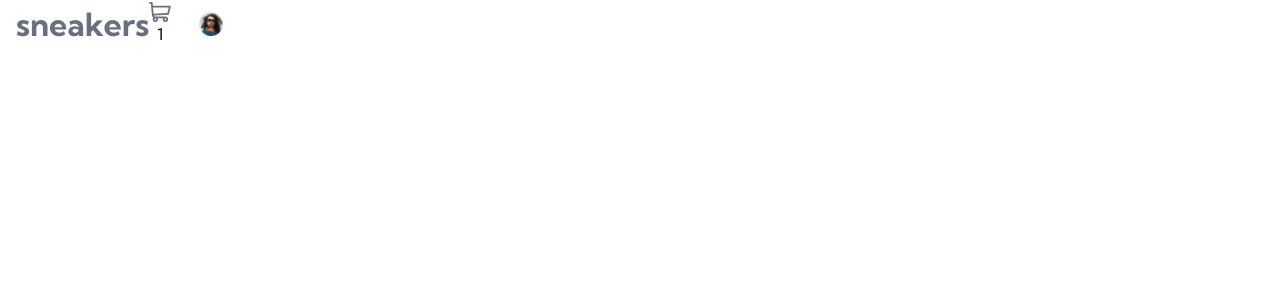
Repository: NikitaVologdin/React-Commerce-Product-Page
Page: /
An editor plug-in stored every save of this project. The page is shown before and after the next save, followed by the edit.
The browser window is 1280 px wide. The pictures show the whole page.
The project was rebuilt for these pictures with package versions that can differ from the ones it lists, and the page was loaded fresh each time. Also part of the build but not shown: vite.config.ts.

Above is the page before, as saved 2024-11-08 18:05:52.

### index.html
<!DOCTYPE html>
<html lang="en">
  <head>
    <meta charset="UTF-8" />
    <link rel="icon" type="image/svg+xml" href="/vite.svg" />
    <meta name="viewport" content="width=device-width, initial-scale=1.0" />
    <title>Vite + React + TS</title>
  </head>
  <body>
    <div id="root" class="app"></div>
    <script type="module" src="/src/main.tsx"></script>
  </body>
</html>

### src/index.css
@import url("https://fonts.googleapis.com/css2?family=Kumbh+Sans:wght,YOPQ@100..900,40..300&display=swap");
@import "/src/styles/reset.css";
:root {
  font-family: "Kumbh Sans", sans-serif;
  line-height: 1.5;
  font-weight: 400;

  color-scheme: light;
  color: var(--dark-grayish-blue);
  background-color: var(--white);

  font-synthesis: none;
  text-rendering: optimizeLegibility;
  -webkit-font-smoothing: antialiased;
  -moz-osx-font-smoothing: grayscale;

  --orange: hsl(26, 100%, 55%);
  --pale-orange: hsl(25, 100%, 94%);
  --very-dark-blue: hsl(220, 13%, 13%);
  --dark-grayish-blue: hsl(219, 9%, 45%);
  --grayish-blue: hsl(220, 14%, 75%);
  --light-grayish-blue: hsl(223, 64%, 98%);
  --white: hsl(0, 0%, 100%);
  --black: hsla(0, 0%, 0%, 0.75);
}

.header {
  display: flex;
  align-items: center;
  &__title {
    color: var(--dark-grayish-blue);
    font-size: 36px;
    font-weight: 800;
    flex-grow: 1;
  }
}

.hamburger {
  width: 16px;
  height: 15px;
  display: flex;
  flex-direction: column;
  justify-content: space-between;
  border: none;
  padding: 0;
  background: none;
  cursor: pointer;
  &__line {
    width: 100%;
    height: 3px;
    background-color: var(--dark-grayish-blue);
  }
}

.nav {
  display: none;
  &__list {
    display: flex;
    padding-left: 0;
  }
}

.cart-icon {
  border: none;
  background: none;
  padding: 0;
  position: relative;
  cursor: pointer;
  margin-right: 22px;
  &__amount {
    position: absolute;
  }
}

.avatar {
  border: none;
  background: none;
  cursor: pointer;
}

### src/App.tsx
import Header from "./sections/Header";
import Logo from "./components/Logo";
import { IStockItem } from "./types/stock";

function App() {
  const stock: IStockItem[] = [
    {
      title: "Fall Limited Edition Sneakers",
      price: 250,
      discount: 50,
      id: "aa001",
      img: [
        "image-product-1.jpg",
        "image-product-2.jpg",
        "image-product-3.jpg",
        "image-product-4.jpg",
      ],
      thumbnails: [
        "image-product-1-thumbnail.jpg",
        "image-product-2-thumbnail.jpg",
        "image-product-3-thumbnail.jpg",
        "image-product-4-thumbnail.jpg",
      ],
    },
  ];
  return (
    <>
      <Header>
        <Logo />
      </Header>
    </>
  );
}

export default App;

### src/styles/reset.css
/*
  Josh's Custom CSS Reset
  https://www.joshwcomeau.com/css/custom-css-reset/
*/

*,
*::before,
*::after {
  box-sizing: border-box;
}

* {
  margin: 0;
}

body {
  line-height: 1.5;
  -webkit-font-smoothing: antialiased;
}

img,
picture,
video,
canvas,
svg {
  display: block;
  max-width: 100%;
}

input,
button,
textarea,
select {
  font: inherit;
}

p,
h1,
h2,
h3,
h4,
h5,
h6 {
  overflow-wrap: break-word;
}

p {
  text-wrap: pretty;
}
h1,
h2,
h3,
h4,
h5,
h6 {
  text-wrap: balance;
}

#root,
#__next {
  isolation: isolate;
}

### src/sections/Header.tsx
"use client";
import { useState, useContext } from "react";
import { type IHeaderProps } from "../types/header";
import CartIcon from "../components/cart/CartIcon";
import Hamburger from "../components/Hamburger";
import Nav from "../components/Nav";
import { cartContext } from "../store/CartContext";
import Cart from "../components/cart/Cart";

interface IAvatarProps {
  user: {
    avatar: string;
  };
}

function Avatar({ user }: IAvatarProps) {
  return (
    <button aria-label="Open profile" className="header__avatar avatar">
      <img
        src={user.avatar}
        width={24}
        height={24}
        alt=""
        className="avatar__img"
      />
    </button>
  );
}

export default function Header({ children }: IHeaderProps) {
  const [isMenuOpen, setIsMenuOpen] = useState<boolean>(false);
  const [isCartOpen, setIsCartOpen] = useState<boolean>(false);
  const ctx = useContext(cartContext);

  const user = { avatar: "/images/image-avatar.png" };

  return (
    <header className="app__header header">
      <Hamburger isMenuOpen={isMenuOpen} setIsMenuOpen={setIsMenuOpen} />
      {children}
      <Nav isMenuOpen={isMenuOpen} />
      <CartIcon
        isCartOpen={isCartOpen}
        setIsCartOpen={setIsCartOpen}
        amount={ctx.items.length}
      />
      <Cart isCartOpen={isCartOpen} items={ctx.items} />
      <Avatar user={user} />
    </header>
  );
}

### src/components/Logo.tsx
export default function Logo() {
  return <h1 className="header__title">sneakers</h1>;
}

### src/components/cart/CartIcon.tsx
import { type ICartIconProps } from "../../types/cart";

export default function CartIcon({
  isCartOpen,
  setIsCartOpen,
  amount,
}: ICartIconProps) {
  function toggleCartHandler() {
    setIsCartOpen(true);
  }
  return (
    <button
      aria-label={isCartOpen ? "Close cart" : "Open cart"}
      onClick={toggleCartHandler}
      className="header__cart-icon cart-icon"
    >
      <img
        className="cart-icon__img"
        width={22}
        height={20}
        src="/images/icon-cart.svg"
        alt=""
      />
      <span className="cart-icon__amount">{amount}</span>
    </button>
  );
}

### src/components/Hamburger.tsx
import { type IHamburgerProps } from "../types/hamburger";

export default function Hamburger({
  isMenuOpen,
  setIsMenuOpen,
}: IHamburgerProps) {
  function clickHandler() {
    setIsMenuOpen(!isMenuOpen);
  }
  return (
    <button
      className={`header__hamburger hamburger ${
        isMenuOpen ? "hamburger_close" : ""
      }`}
      onClick={clickHandler}
      aria-label={isMenuOpen ? "Close menu" : "Open menu"}
    >
      <span className="hamburger__line"></span>
      <span className="hamburger__line"></span>
      <span className="hamburger__line"></span>
    </button>
  );
}

### src/components/Nav.tsx
import { type INavProps } from "../types/nav";

export default function Nav({ isMenuOpen }: INavProps) {
  return (
    <nav className={`header__nav nav ${isMenuOpen ? "nav_open" : ""}`}>
      <ul className="nav__list nav-list">
        <li className="nav-list__item">Collections</li>
        <li className="nav-list__item">Men</li>
        <li className="nav-list__item">Women</li>
        <li className="nav-list__item">About</li>
        <li className="nav-list__item">Contact</li>
      </ul>
    </nav>
  );
}

### src/store/CartContext.tsx
import { createContext } from "react";
import { ICartContext } from "../types/cart";

export const cartContext = createContext<ICartContext>({
  items: [{ title: "", price: 0, quantity: 0, discount: 0, id: "", img: [""] }],
  addItemToCart: () => {},
  removeItemFromCart: () => {},
  increaseQuantity: () => {},
  decreaseQuantity: () => {},
});

### src/components/cart/Cart.tsx
import { useRef, useEffect } from "react";
import { type ICartProps, type ICartItem } from "../../types/cart";
import CartItem from "./CartItem";

export default function Cart({ isCartOpen, items }: ICartProps) {
  const dialogRef = useRef<HTMLDialogElement>(null);
  useEffect(() => {
    if (isCartOpen) return dialogRef.current?.showModal();
    return dialogRef.current?.close();
  }, [isCartOpen]);

  return (
    <dialog className="header__cart cart" ref={dialogRef}>
      <h2 className="cart__title">Cart</h2>
      <div className="cart__hr"></div>
      <ul className="cart__list cart-list">
        {items.map((item: ICartItem) => {
          return (
            <CartItem
              title={item.title}
              thumbnails={item.img}
              price={item.price}
              quantity={item.quantity}
              discount={item.discount}
              id={item.id}
              key={item.id}
            />
          );
        })}
      </ul>
      <button className="cart__checkout">checkout</button>
    </dialog>
  );
}

### src/components/cart/CartItem.tsx
import { type ICartItemProps } from "../../types/cart";

export default function CartItem({
  title,
  thumbnails,
  price,
  quantity,
  discount,
}: ICartItemProps) {
  function calculateTotal(
    price: number,
    quantity: number,
    discount: number | null
  ) {
    if (discount) return (price * quantity * discount) / 100;
    return price * quantity;
  }
  const total = calculateTotal(price, quantity, discount);
  return (
    <li className="cart-list__item cart-item">
      <img
        className="cart-item__img"
        src={thumbnails[0]}
        alt="Shows what sneakers are this cart item"
      />
      <h3 className="cart-item__title">{title}</h3>
      <p className="cart-item__paragraph">
        {`${price} x ${quantity} `}
        <span className="cart-item__paragraph_total">{total}</span>
      </p>
      <button
        className="cart-item__delete"
        aria-label={`Press to delete ${title} from the cart`}
      >
        <img src="/images/icon-delete.svg" alt="" width={14} height={16} />
      </button>
    </li>
  );
}

Loaded but not shown: src/main.tsx (common file)

After the next save:
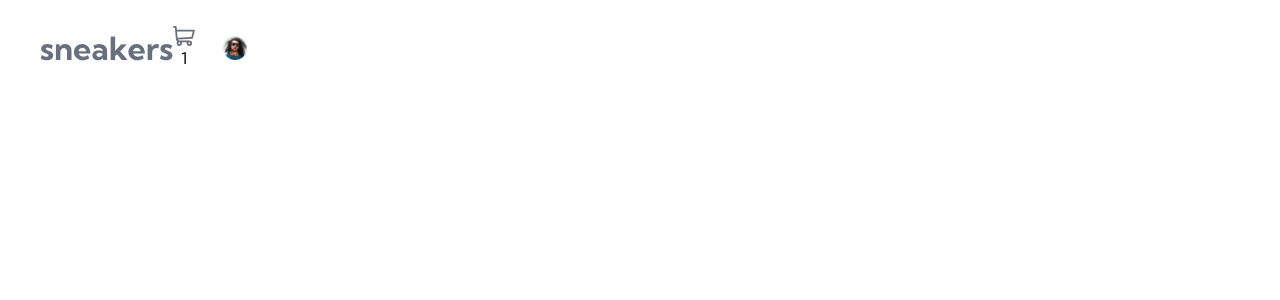
Saved 43 s later.
--- a/src/index.css
+++ b/src/index.css
@@ -27,6 +27,7 @@
 .header {
   display: flex;
   align-items: center;
+  padding: 24px 24px 29px;
   &__title {
     color: var(--dark-grayish-blue);
     font-size: 36px;
